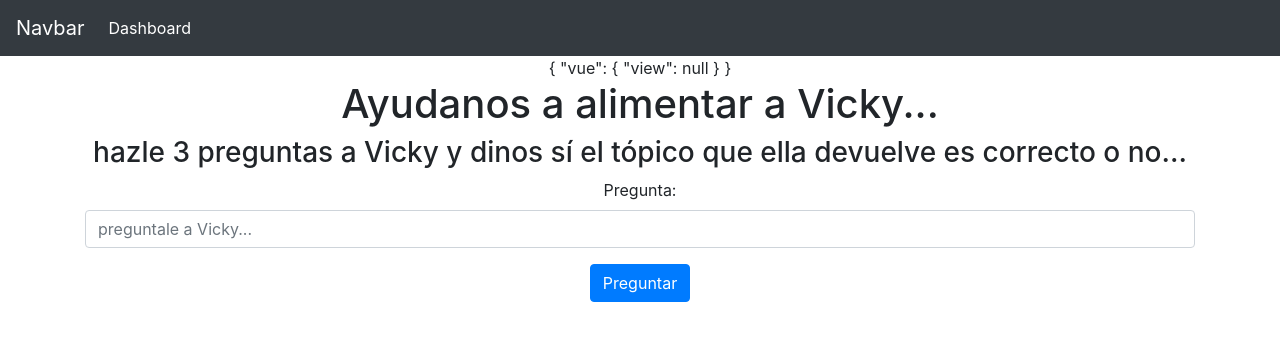
Repository: Crixtiancub/feedback_Vicky
Page: http://localhost/
An editor plug-in stored every save of this project. The page is shown before and after the next save, followed by the edit.
The browser window is 1280 px wide. The pictures show the whole page.
The page is served by the project's application, run on Django 3.2 (manage.py). Other server files are loaded and not shown.

Above is the page before, as saved 2021-05-11 15:24:48.

### vicky/templates/dashboard.html
{% extends 'main.html' %}

{% block content %}

<div id="form_vicky" class="container text-center">

    [[ $data ]]

    <h1>Ayudanos a alimentar a Vicky...</h1>

    <h3>hazle {{ num_visits }} {%if num_visits == 1%} pregunta{% else %}
        preguntas{% endif %}  a Vicky y dinos sí el tópico que ella
        devuelve es correcto o no...</h3>

    <form id="preguntar_Vicky" @submit="checkForm" method="POST">
        {% csrf_token%}

        <div class="form-group">
            <label for="txt_pregunta_Vicky">Pregunta:</label><br>

            <input type="text" id="txt_pregunta_Vicky"
            name="pregunta_Vicky" v-model="pregunta" class="col-sm form-control"
            placeholder="preguntale a Vicky..." required>
        </div>

        <button type="submit" id="preguntar" class="btn btn-primary"
        v-on:click="vue.view = true">Preguntar</button>
    </form>

    <br>

    <template id="target" v-if="vue.view">
        <form method="POST">
            {% csrf_token%}

            <h3>Su pregunta para Vicky fue...</h3>
            <input type="text" aling="center" class="col-sm-8" readonly name="retorno_Pregunta" value="{{ pregunta }}" >
            <br>
            <br>

            <h3>La respuesta Vicky es...</h3>
            <input type="text" aling="center" class="col-sm-8" readonly name="retorno_Respuesta" value="{{ respuesta }}">
            <br>

            <h3>Vicky contesto correctamente ?</h3>
            <br>

            <input type="submit" class="col-sm-2 btn btn-primary"
             id="responder_Si" value="Si" name="Si">
            <input type="submit" class="col-sm-2 btn btn-warning"
             id="responder_No" value="No" name="No">
        </form>
    </template>

</div>

<script>

    // window.onbeforeunload = function(event) {
    //     event.preventDefault();
    //     return false;
    // }

    const app = new Vue({
        delimiters: ['[[', ']]'],
        el: '#form_vicky',
        data: {
            vue :{
                view: null
            }
        },
        methods:{
            checkForm: function (e) {

                if (!this.pregunta) {
                    return false;
                }

                e.preventDefault();
            }
        }
    })

</script>

{% endblock %}

### vicky/templates/main.html
<!DOCTYPE html>
 <!-- Latest compiled and minified CSS -->
 <link rel="stylesheet" href="https://maxcdn.bootstrapcdn.com/bootstrap/4.5.2/css/bootstrap.min.css">

 <!-- jQuery library -->
 <script src="https://ajax.googleapis.com/ajax/libs/jquery/3.5.1/jquery.min.js"></script>

 <!-- Popper JS -->
 <script src="https://cdnjs.cloudflare.com/ajax/libs/popper.js/1.16.0/umd/popper.min.js"></script>

 <!-- Latest compiled JavaScript -->
 <script src="https://maxcdn.bootstrapcdn.com/bootstrap/4.5.2/js/bootstrap.min.js"></script>

<!-- versión de desarrollo, incluye advertencias de ayuda en la consola -->
<script src="https://unpkg.com/vue"></script>

<html>
    <head>
        <title>
            Prueba1
        </title>
    </head>
    <body>
        {% include 'navbar.html' %}

        {% block content %}

        {% endblock %}
    </body>
</html>

### vicky/templates/navbar.html
 <nav class="navbar navbar-expand-lg navbar-dark bg-dark">
    <a class="navbar-brand" href="#">Navbar</a>
    <button class="navbar-toggler" type="button" data-toggle="collapse" data-target="#navbarSupportedContent" aria-controls="navbarSupportedContent" aria-expanded="false" aria-label="Toggle navigation">
      <span class="navbar-toggler-icon"></span>
    </button>

    <div class="collapse navbar-collapse" id="navbarSupportedContent">
      <ul class="navbar-nav mr-auto">
        <li class="nav-item active">
          <a class="nav-link" href="{% url 'home' %}" disabled="true">Dashboard</a>
        </li>
        <!-- <li class="nav-item dropdown">
          <a class="nav-link dropdown-toggle" href="#" id="navbarDropdown" role="button" data-toggle="dropdown" aria-haspopup="true" aria-expanded="false">
            Dropdown
          </a>
          <div class="dropdown-menu" aria-labelledby="navbarDropdown">
            <a class="dropdown-item" href="#">Action</a>
            <a class="dropdown-item" href="#">Another action</a>
            <div class="dropdown-divider"></div>
            <a class="dropdown-item" href="#">Something else here</a>
          </div>
        </li>
        <li class="nav-item">
          <a class="nav-link disabled" href="#">Disabled</a>
        </li>
      </ul>
      <form class="form-inline my-2 my-lg-0">
        <input class="form-control mr-sm-2" type="search" placeholder="Search" aria-label="Search">
        <button class="btn btn-outline-success my-2 my-sm-0" type="submit">Search</button>
      </form> -->
    </div>
  </nav>

### vicky/views.py
from django.shortcuts import render, redirect
import os
from modelo_IA.archivos_Python.pipeline import Pipeline
from vicky import templates
from .models import *
from django.template.response import TemplateResponse

model = Pipeline()

# Create your views here.

def home(request):

    num_visits = request.session.get('num_visits', 3)

    if num_visits == 0:
        request.session['num_visits'] = 3

        # pregunta = str(request.POST.get('retorno_Pregunta'))
        # respuesta = str(request.POST.get('retorno_Respuesta'))

        pregunta = str(request.POST.get('pregunta_Vicky'))
        respuesta = model.run_model(pregunta)

        # if 'Si' in request.POST:
        #     acierto = str(request.POST.get('Si'))
        # else:
        #     acierto = str(request.POST.get('No'))

        # envio_Pregunta = preguntas_Vicky(
        #     pregunta=pregunta,
        #     respuesta=respuesta,
        #     acierto= acierto
        #     )

        # envio_Pregunta.save()

        # return redirect(noVisitas)

        context = {
            "pregunta":pregunta,
            "respuesta":respuesta,
            'num_visits': num_visits,
        }

        return TemplateResponse(request, 'dashboard.html' , context)


    if request.POST:
        request.session['num_visits'] -= 1

        # pregunta = str(request.POST.get('retorno_Pregunta'))
        # respuesta = str(request.POST.get('retorno_Respuesta'))

        pregunta = str(request.POST.get('pregunta_Vicky'))
        respuesta = model.run_model(pregunta)

        # if 'Si' in request.POST:
        #     acierto = str(request.POST.get('Si'))
        # else:
        #     acierto = str(request.POST.get('No'))

        # envio_Pregunta = preguntas_Vicky(
        #     pregunta=pregunta,
        #     respuesta=respuesta,
        #     acierto= acierto
        #     )
        # envio_Pregunta.save()

        context = {
            "pregunta":pregunta,
            "respuesta":respuesta,
            'num_visits': num_visits,
        }

        print(context)

        return TemplateResponse(request, 'dashboard.html' , context)
    else:
        contexto = {
            'num_visits': num_visits,
        }

        return render(request, 'dashboard.html', contexto)


def noVisitas(request):
    return render(request, 'noVisitas.html')

def respuesta_Vicky(request):
    pregunta = str(request.POST['pregunta_Vicky'])
    respuesta = model.run_model(pregunta)
    context = {
        "pregunta":pregunta,
        "respuesta":respuesta
    }
    return render(request, 'respuesta_Vicky.html', context)

### prueba_Vicky/urls.py
"""prueba_Vicky URL Configuration

The `urlpatterns` list routes URLs to views. For more information please see:
    https://docs.djangoproject.com/en/3.2/topics/http/urls/
Examples:
Function views
    1. Add an import:  from my_app import views
    2. Add a URL to urlpatterns:  path('', views.home, name='home')
Class-based views
    1. Add an import:  from other_app.views import Home
    2. Add a URL to urlpatterns:  path('', Home.as_view(), name='home')
Including another URLconf
    1. Import the include() function: from django.urls import include, path
    2. Add a URL to urlpatterns:  path('blog/', include('blog.urls'))
"""
from django.contrib import admin
from django.urls import path, include

urlpatterns = [
    path('admin/', admin.site.urls),
    path('', include('vicky.urls'))
]

### vicky/urls.py
from django.urls import path
from . import views


# Direccionamiento de las paginas
urlpatterns = [
    path(r'', views.home, name='home'),
    path(r'noVisitas/', views.noVisitas, name="noVisitas"),
    path(r'respuesta_Vicky/', views.respuesta_Vicky, name='respuesta_Vicky')
]

After the next save:
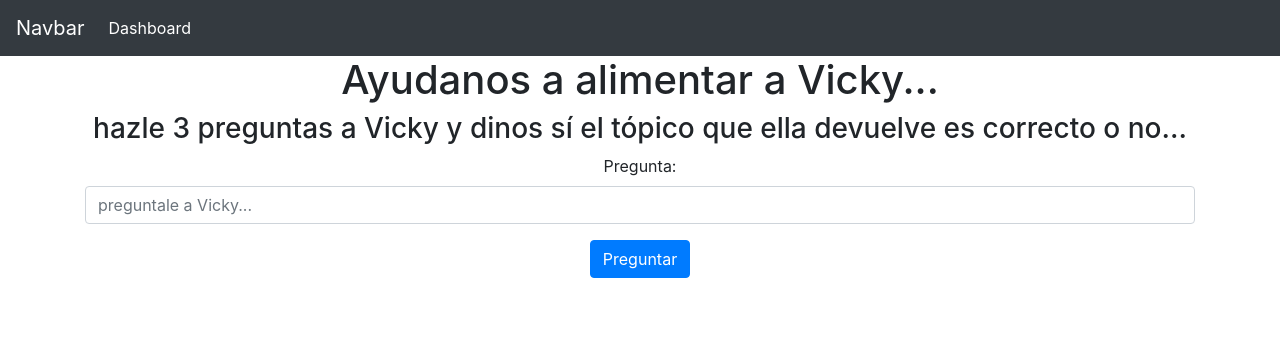
Saved 5 min 12 s later.
--- a/vicky/templates/dashboard.html
+++ b/vicky/templates/dashboard.html
@@ -3,8 +3,6 @@
 {% block content %}
 
 <div id="form_vicky" class="container text-center">
-
-    [[ $data ]]
 
     <h1>Ayudanos a alimentar a Vicky...</h1>
 
